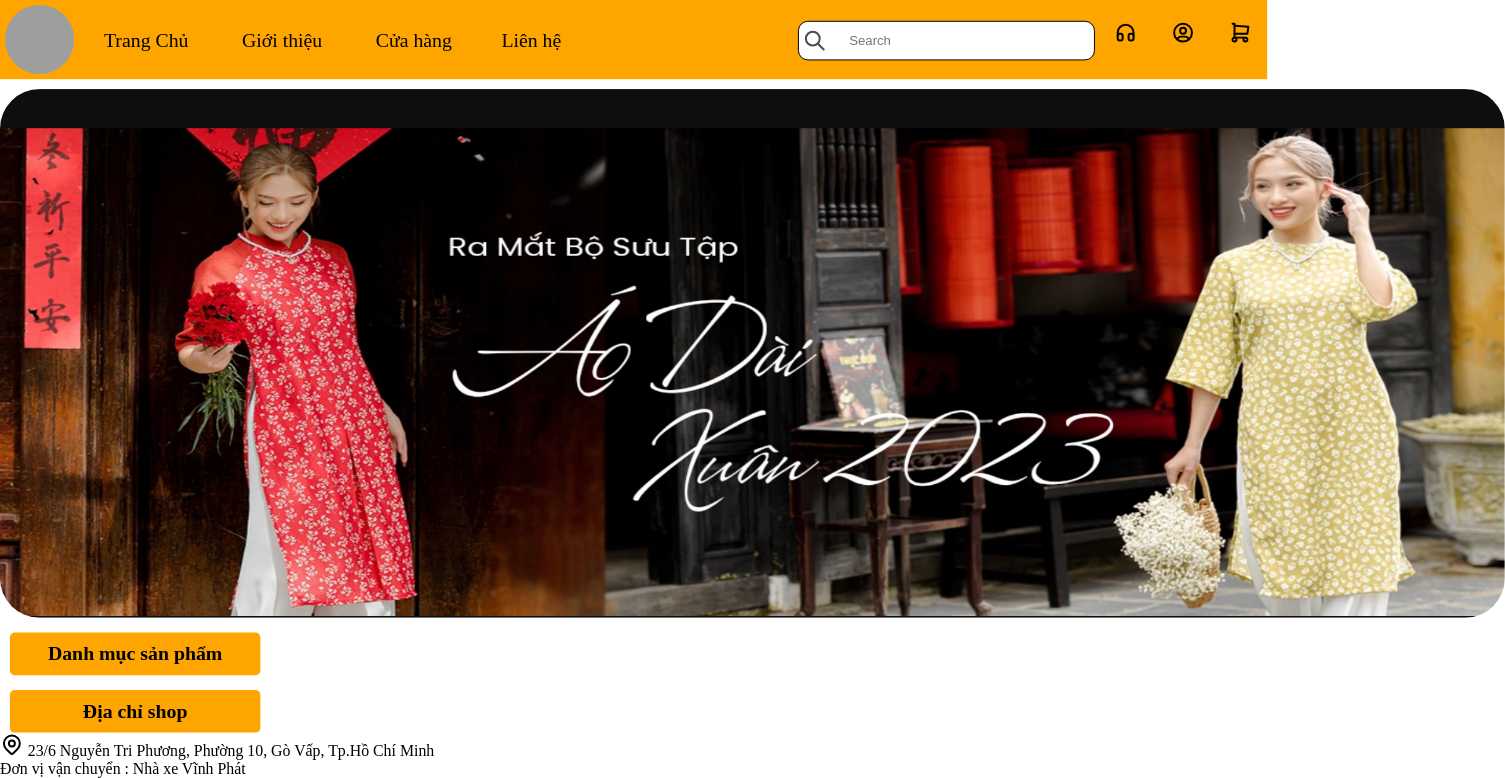
Repository: manhhieu120499/test-page
Page: index.html
The author's editor kept a copy of each file at every save. The page is drawn from the files as they stood at one save, then again after the next save.
The browser window is 1280 px wide. The page is 1520 px wide, so the pictures cover 1520 px, including what lies to the right of the window. The pictures show the whole page, at 99% of full size.
Pictures or frames that could not be fetched are drawn as grey boxes.

Above is the page before, as saved 2023-01-12 00:16:13.

After the next save:
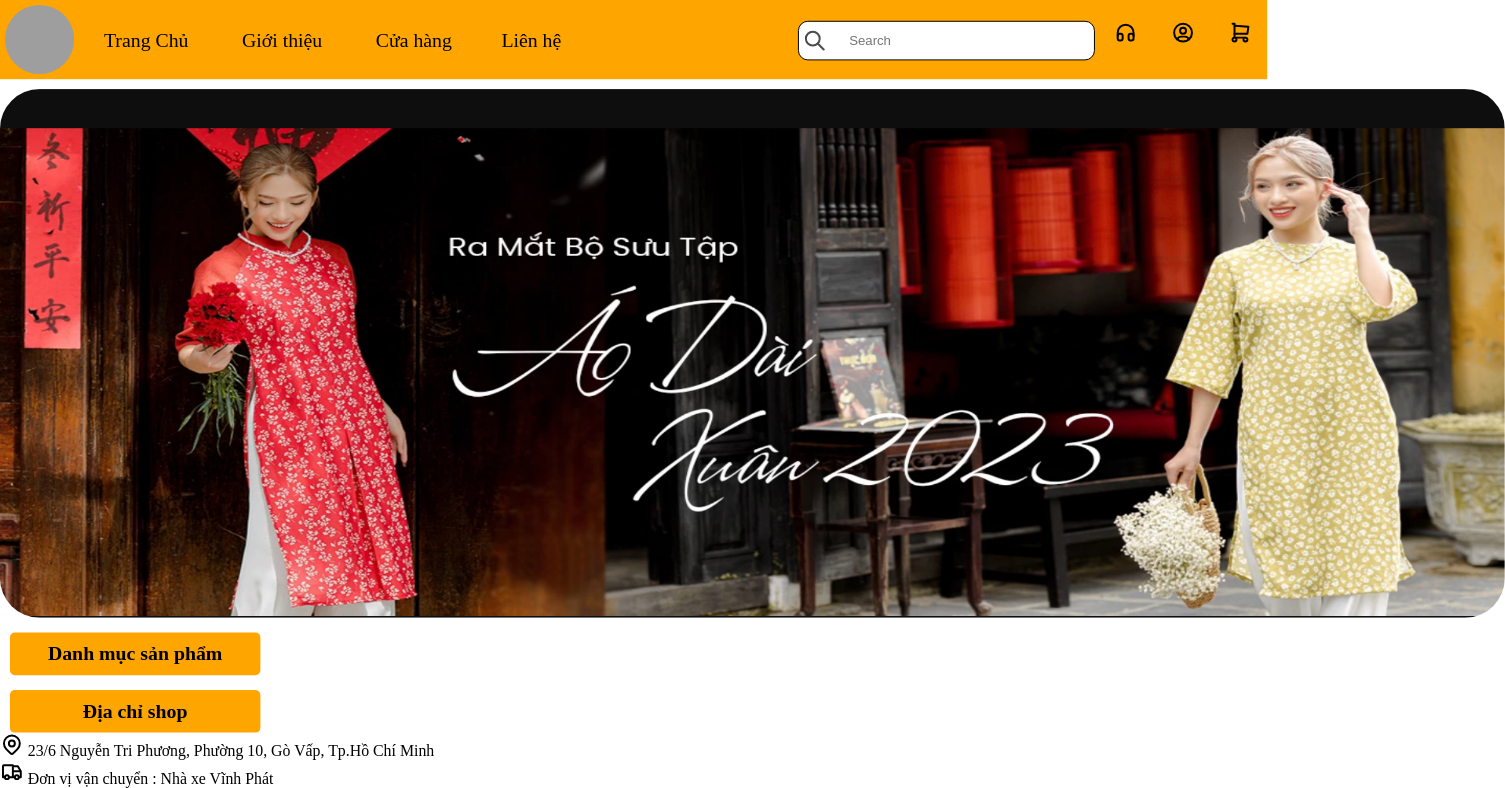
Saved 7 s later.
--- a/index.html
+++ b/index.html
@@ -122,7 +122,12 @@
                     23/6 Nguyễn Tri Phương, Phường 10, Gò Vấp, Tp.Hồ Chí Minh
                 </li>
                 <li>
-
+                    <svg xmlns="http://www.w3.org/2000/svg" class="icon icon-tabler icon-tabler-truck" width="24" height="24" viewBox="0 0 24 24" stroke-width="2" stroke="currentColor" fill="none" stroke-linecap="round" stroke-linejoin="round">
+                        <path stroke="none" d="M0 0h24v24H0z" fill="none"></path>
+                        <circle cx="7" cy="17" r="2"></circle>
+                        <circle cx="17" cy="17" r="2"></circle>
+                        <path d="M5 17h-2v-11a1 1 0 0 1 1 -1h9v12m-4 0h6m4 0h2v-6h-8m0 -5h5l3 5"></path>
+                     </svg>
                      Đơn vị vận chuyển : Nhà xe Vĩnh Phát
                 </li>
             </ul>
